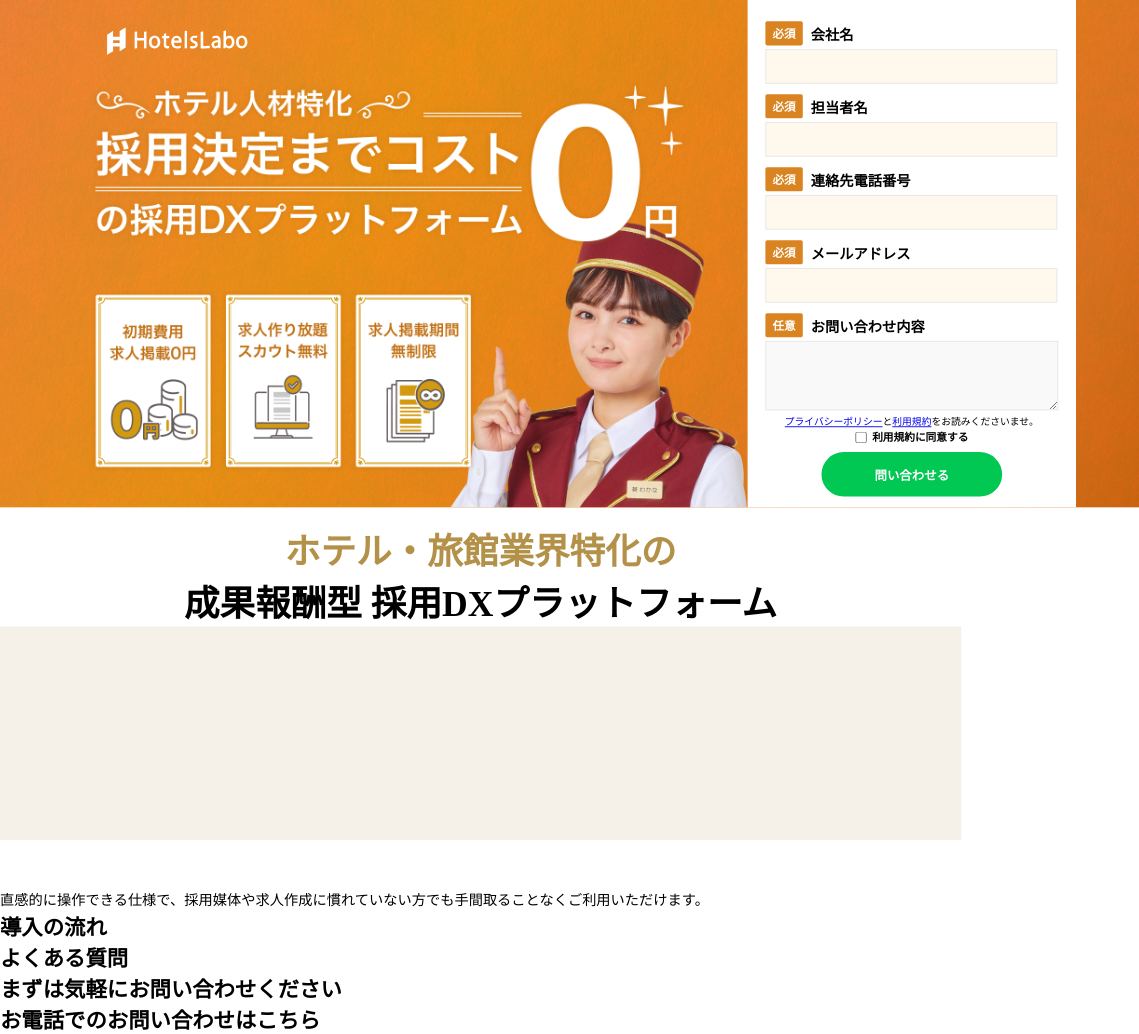
Repository: FujieRyou/to_b_lp
Page: index.html
The author's editor kept a copy of each file at every save. The page is drawn from the files as they stood at one save, then again after the next save.
The browser window is 1280 px wide. The pictures show the whole page, at 89% of full size.

Above is the page before, as saved 2024-03-04 01:44:59.
Not found: index.js

After the next save:
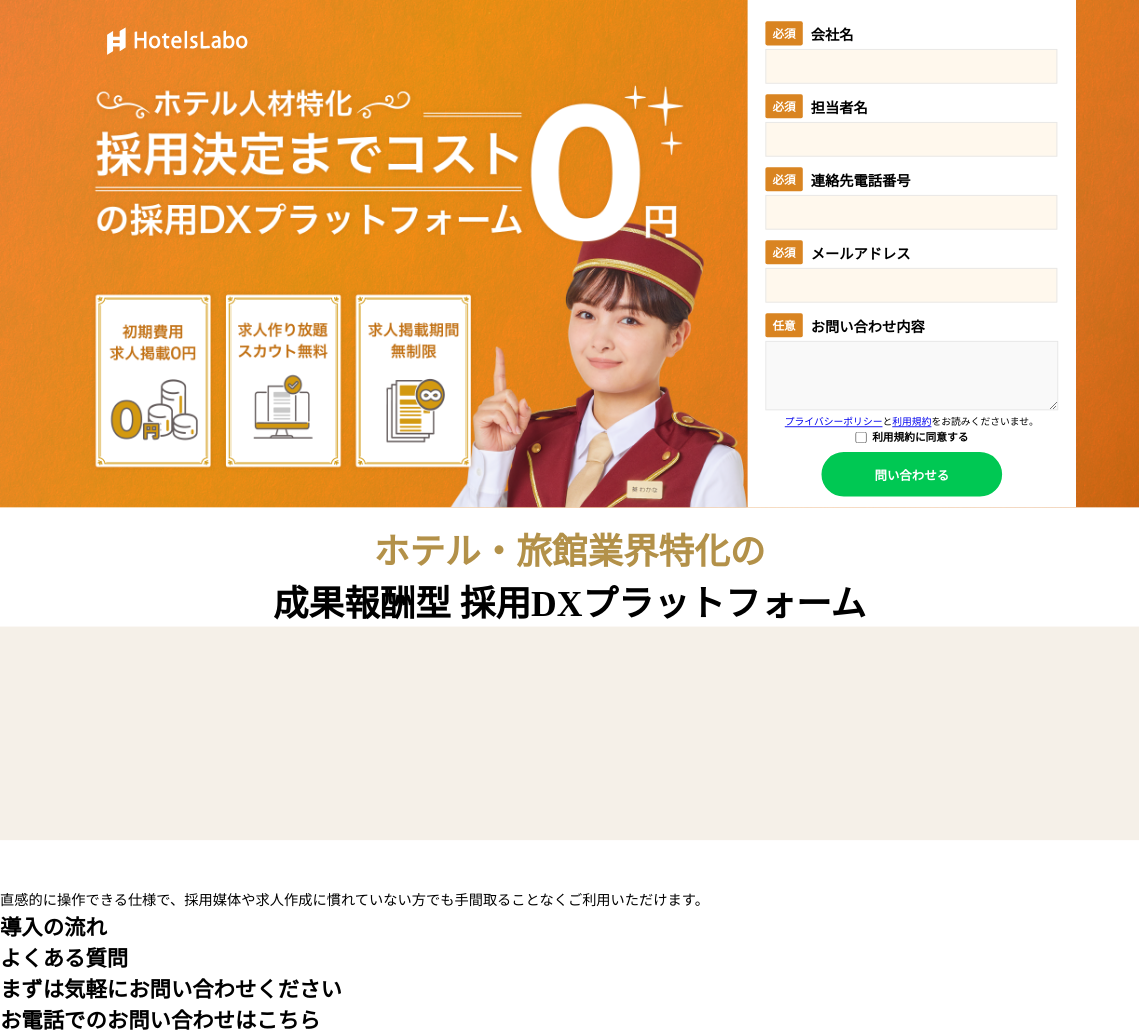
Saved 24 s later.
--- a/style.css
+++ b/style.css
@@ -115,7 +115,7 @@
 }
 
 .specializedIntroductionWrap{
-    max-width: 1080px;
+    min-width: 1080px;
 }
 
 .specializedIntroductionWrap > h2{
